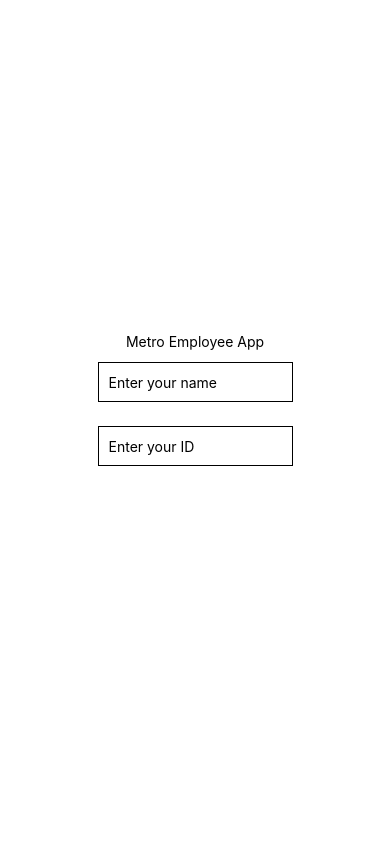
Repository: VishnuJG/Metro-Employee-App
Screen: /
The author's editor kept a copy of each file at every save. The screen is drawn from the files as they stood at one save, then again after the next save.
The app was drawn by React Native's web renderer in a window 390 px wide. The project was rebuilt for these pictures with package versions that can differ from the ones it lists, and the page was loaded fresh each time.

Above is the screen before, as saved 2022-06-28 12:48:04.

### App.js
import { StatusBar } from 'expo-status-bar';
import React, { useState } from "react";
import { StyleSheet, Text, View, TextInput, Button} from 'react-native';
import { useDimensions } from '@react-native-community/hooks';


export default function App() {

  // const {lanscape}=useDimensions();
  const [emp, onEmpUpdate] = useState([{ id: 0, name: " Vishnu J G", email:"vishnu.jg@metro-gsc.in" }]);
  const [name, onChangeName] = useState("");
  const [email, onChangeEmail] = useState("");
  const [number, onChangeNumber] = useState(null);
  const onSubmit=(e)=>{
    e.preventDefault();
    if(!name){
      alert('Please enter a name')
    }
  }
  return (
    <View style={styles.container}>
      <Text>Metro Employee App</Text>

        <TextInput
          style={styles.input}
          onChangeText={onChangeName}
          placeholder="Enter your name"
          value={name}
        />


        <TextInput
          style={styles.input}
          onChangeText={onChangeNumber}
          value={number}
          placeholder="Enter your ID"
          keyboardType="numeric"
        />
      <Button title="Submit"
        color="dodgeblue" onPress={onSubmit}/>
    </View>
  );
}

const styles = StyleSheet.create({
  container: {
    flex: 1,
    backgroundColor: '#fff',
    alignItems: 'center',
    justifyContent: 'center',
    // topPadding:lanscape?20:0,
  },
  input: {
    height: 40,
    margin: 12,
    borderWidth: 1,
    width:'50%',
    padding: 10,
  },
  inputForm:{

  }
});

After the next save:
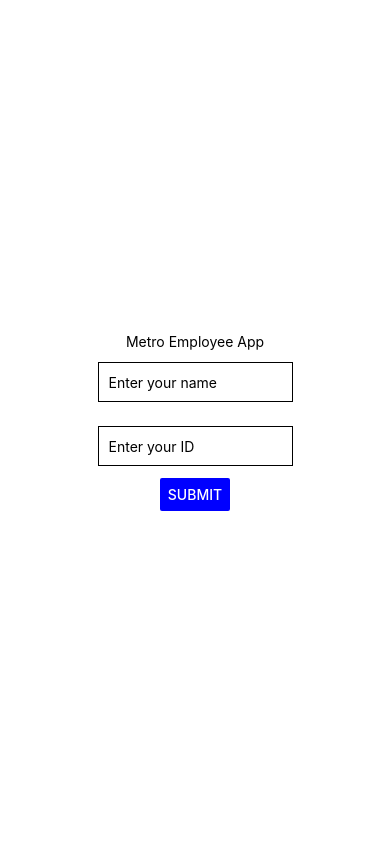
Saved 23 s later.
--- a/App.js
+++ b/App.js
@@ -37,7 +37,7 @@
           keyboardType="numeric"
         />
       <Button title="Submit"
-        color="dodgeblue" onPress={onSubmit}/>
+        color="blue" onPress={onSubmit}/>
     </View>
   );
 }

After the save that followed:
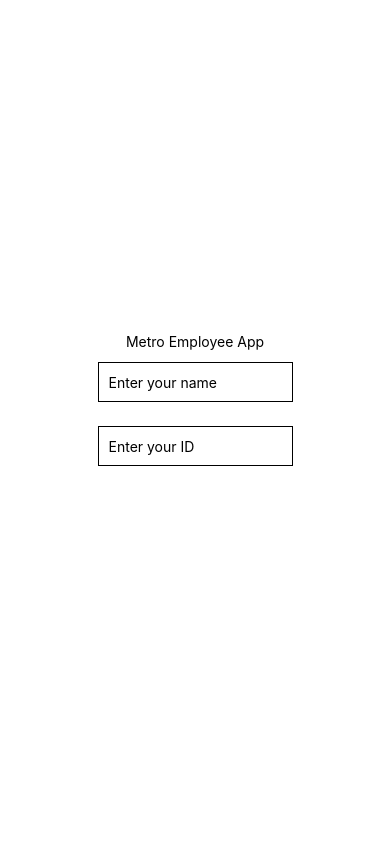
Saved 7 s later.
--- a/App.js
+++ b/App.js
@@ -37,7 +37,7 @@
           keyboardType="numeric"
         />
       <Button title="Submit"
-        color="blue" onPress={onSubmit}/>
+        color="dodgeblue" onPress={onSubmit}/>
     </View>
   );
 }
